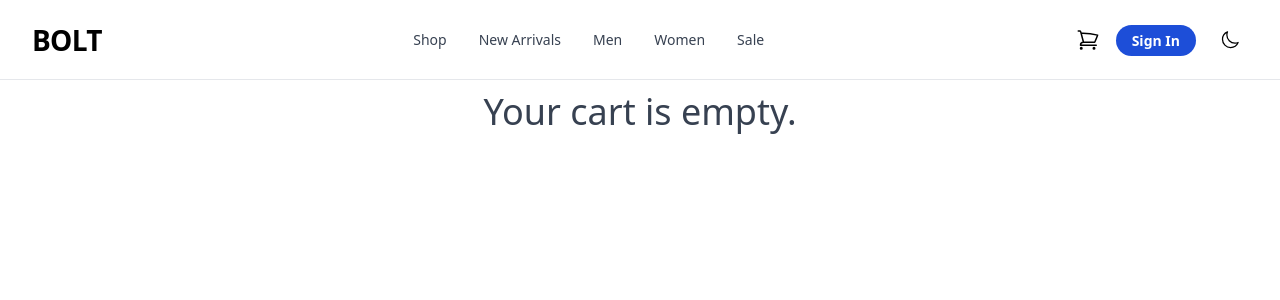
Repository: coder101-js/Ecommer-Store
Page: /Cart
These files come from the project's save history. The page is drawn as it stood at one moment and after the next save; the edit follows.
The browser window is 1280 px wide. The pictures show the whole page.
The project was rebuilt for these pictures with package versions that can differ from the ones it lists, and the page was loaded fresh each time. The framework's server and built-in components were replaced by stand-ins that run in the browser. Also part of the build but not shown: next.config.mjs.

Above is the page before, as saved 2025-07-19 20:29:01.

After the next save:
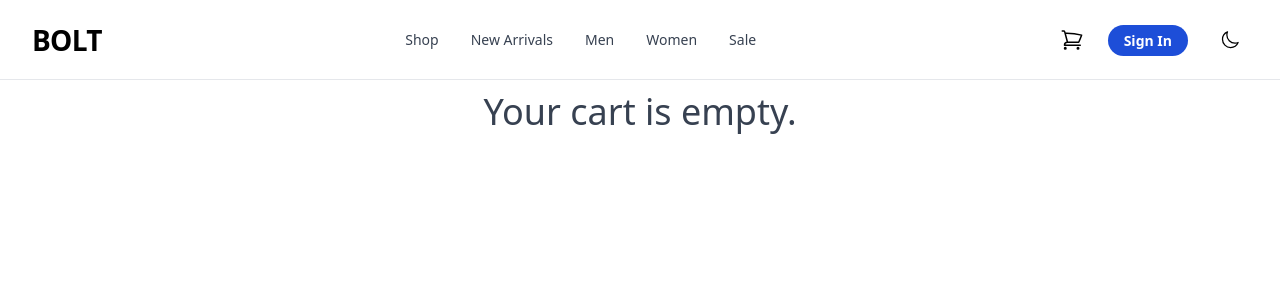
Saved 9 s later.
--- a/app/components/Navbar.jsx
+++ b/app/components/Navbar.jsx
@@ -89,7 +89,7 @@ export default function Navbar() {
             ))}
           </div>
 
-          <div className="flex items-center space-x-4">
+          <div className="flex flex-wrap items-center gap-2 sm:space-x-4 justify-end">
             <motion.div whileTap={{ scale: 0.9 }} className="relative">
               <Link href="/cart">
                 <ShoppingCartIcon className="h-6 w-6 text-black dark:text-white" />
